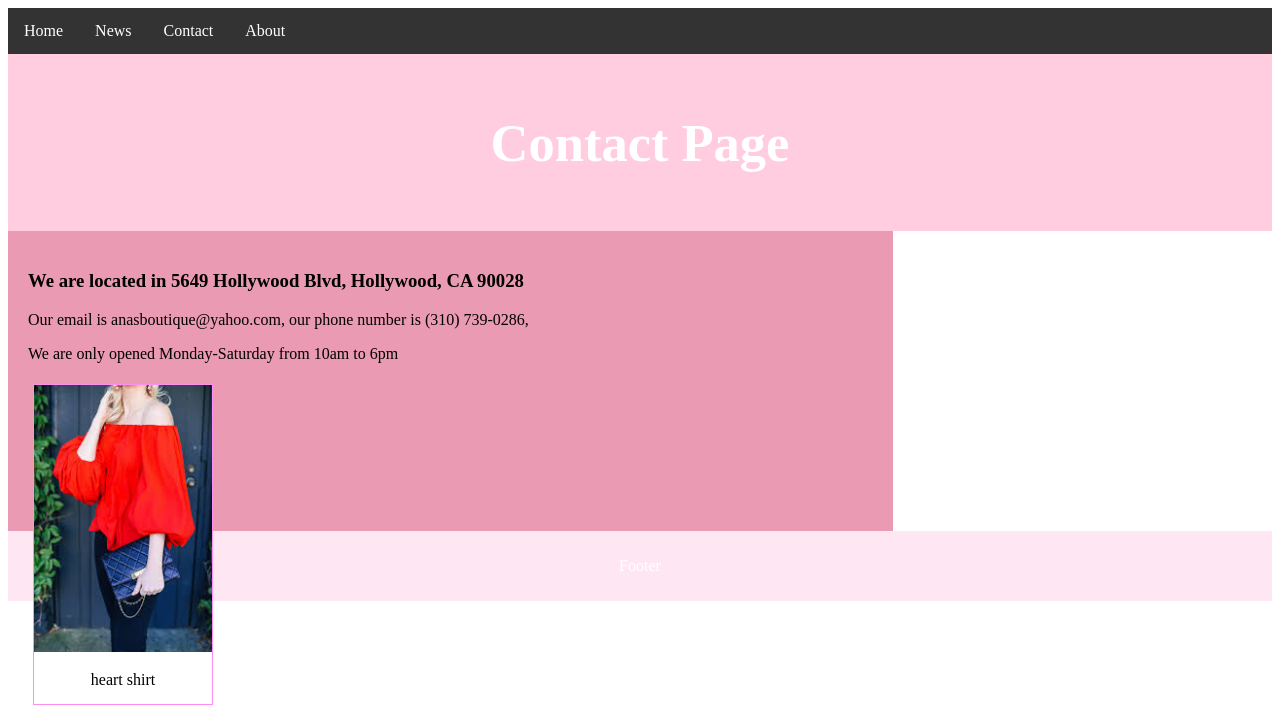
Repository: anavaldovinos/anavaldovinos.github.io
Page: project/contact.html
The author's editor kept a record of every edit. The page is drawn from the files as they stood at one moment, then again after the next edit.
The browser window is 1280 px wide. The pictures show the whole page.

Above is the page before.

After the next edit:
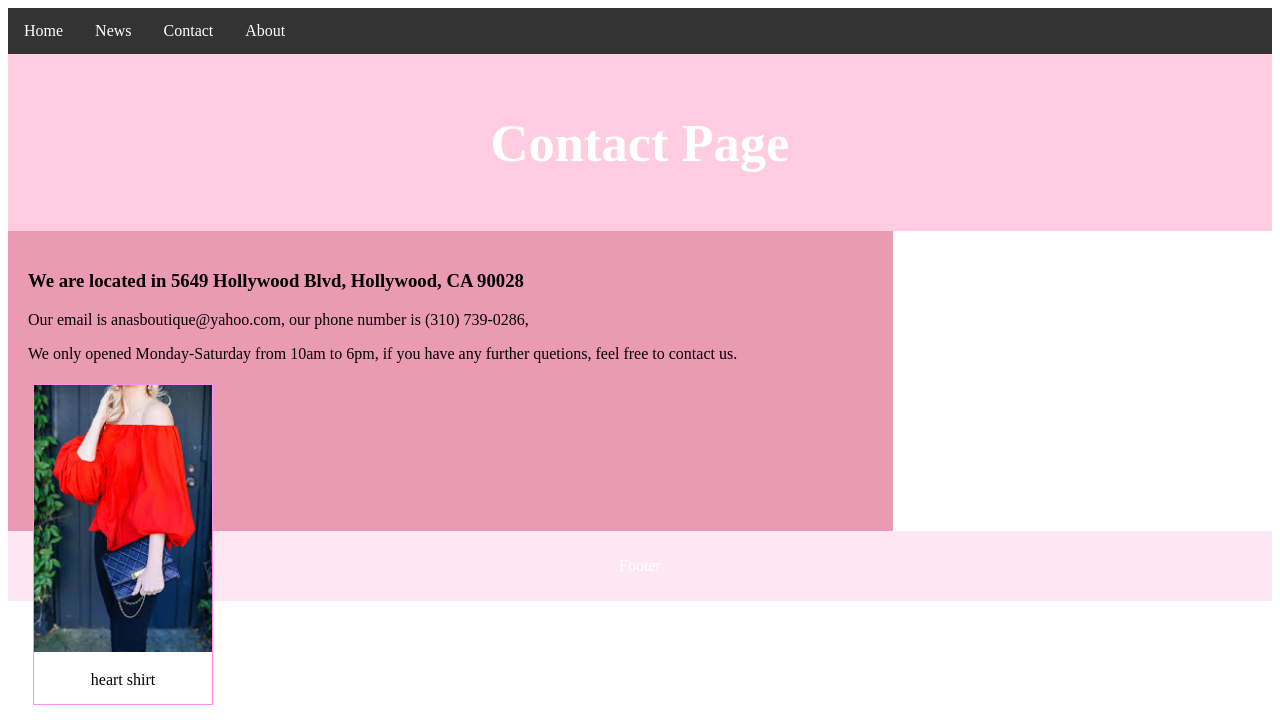
The edit:
--- a/project/contact.html
+++ b/project/contact.html
@@ -132,7 +132,7 @@
     <p>
 
 
-    We are only opened Monday-Saturday from 10am to 6pm</p>
+    We only opened Monday-Saturday from 10am to 6pm, if you have any further quetions, feel free to contact us.</p>
     <div class="gallery">
 
 
